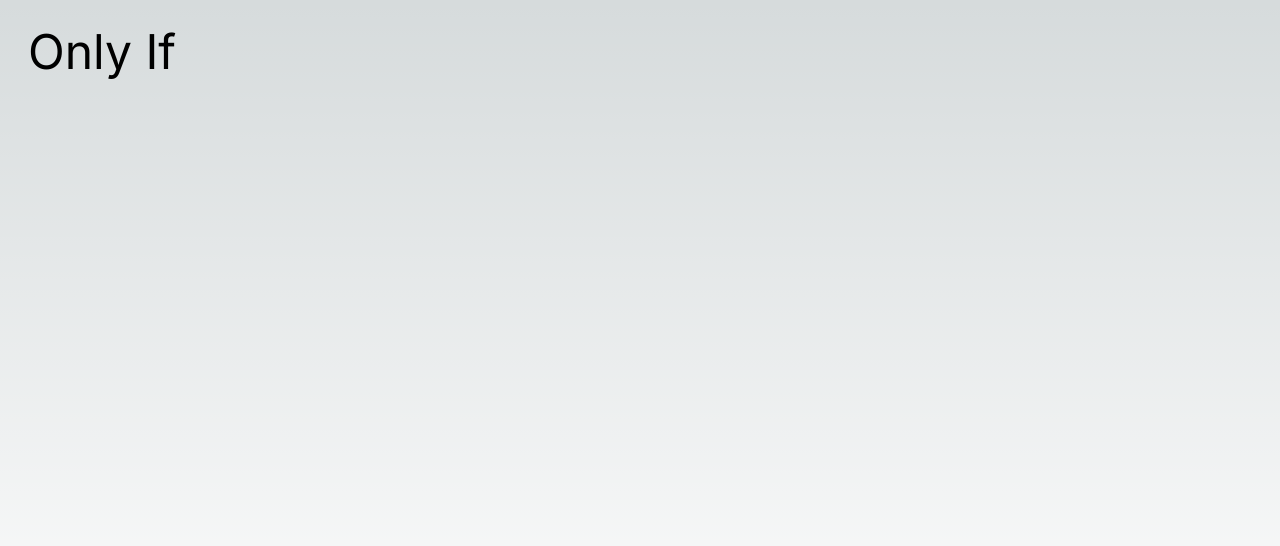
Repository: chapeee/learnNextBella
Page: / (app in basicconcepts/)
These files come from the project's save history. The page is drawn as it stood at one moment and after the next save; the edit follows.
The browser window is 1280 px wide. The pictures show the whole page.
The project was rebuilt for these pictures with package versions that can differ from the ones it lists, and the page was loaded fresh each time. The framework's server and built-in components were replaced by stand-ins that run in the browser. Also part of the build but not shown: basicconcepts/next.config.mjs.

Above is the page before, as saved 2024-03-22 20:46:30.

After the next save:
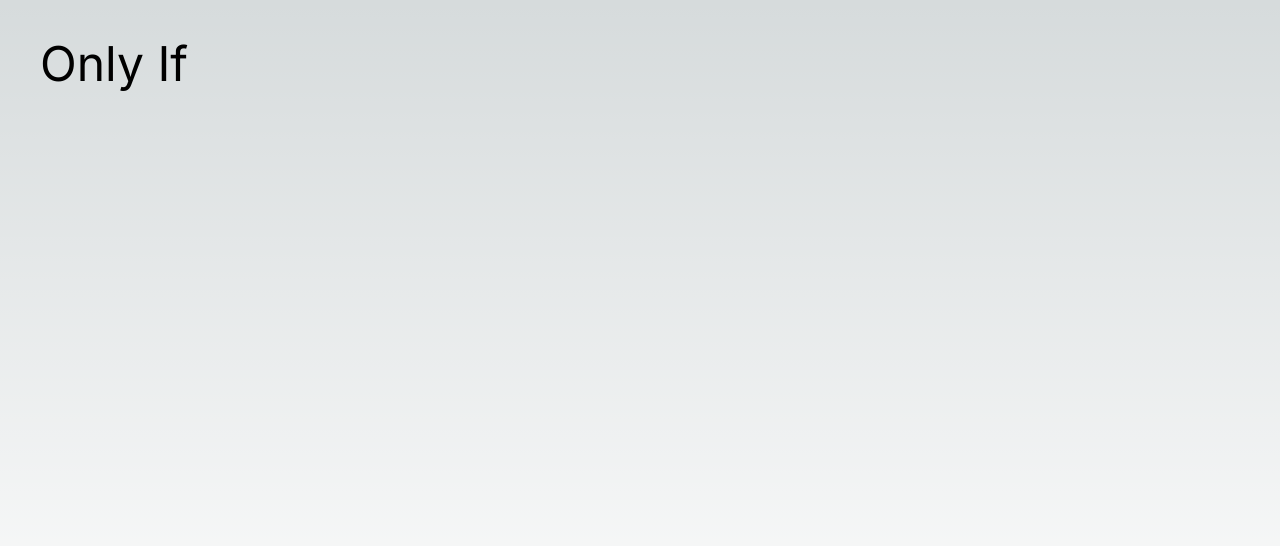
Saved 4 s later.
--- a/basicconcepts/src/app/page.tsx
+++ b/basicconcepts/src/app/page.tsx
@@ -3,7 +3,7 @@ import ConditionRendering from "./Components/ConditionRendering";
 
 export default function Home() {
   return (
-    <main className=" min-h-screen p-7">
+    <main className="min-h-screen p-10">
       {/* Conditional Rendering */}
 
       <ConditionRendering />
